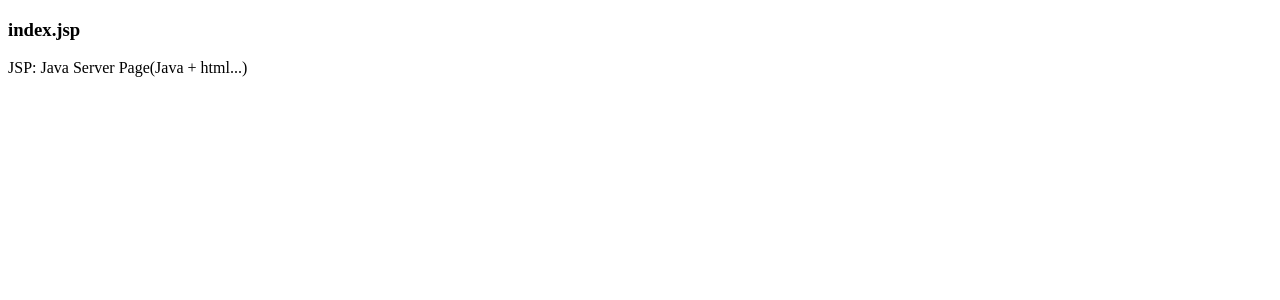
Repository: SouthSea0613/401_Unauthorized_java
Page: http://localhost/hello/index.jsp
These files come from the project's save history. The page is drawn as it stood at one moment and after the next save; the edit follows.
The browser window is 1280 px wide. The pictures show the whole page.
The page is served by Tomcat 9.

Above is the page before, as saved 2024-11-29 02:53:52.

### hello/src/main/webapp/index.jsp
<%@ page language="java" contentType="text/html; charset=UTF-8"
    pageEncoding="UTF-8"%>
<!DOCTYPE html>
<html>
<head>
<meta charset="UTF-8">
<title>Insert title here</title>
</head>
<body>
<h3>index.jsp</h3>
	JSP: Java Server Page(Java + html...)
	<%
		System.out.println("아아아아아ㅏ 싫어 ");
	%>
</body>
</html>

After the next save:
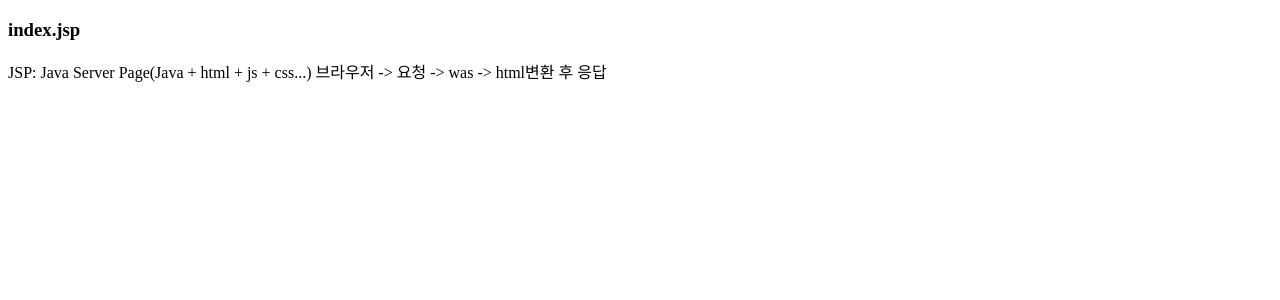
Saved 3 min 39 s later.
--- a/hello/src/main/webapp/index.jsp
+++ b/hello/src/main/webapp/index.jsp
@@ -8,7 +8,8 @@
 </head>
 <body>
 <h3>index.jsp</h3>
-	JSP: Java Server Page(Java + html...)
+	JSP: Java Server Page(Java + html + js + css...)
+	브라우저 -> 요청 -> was -> html변환 후 응답
 	<%
 		System.out.println("아아아아아ㅏ 싫어 ");
 	%>
